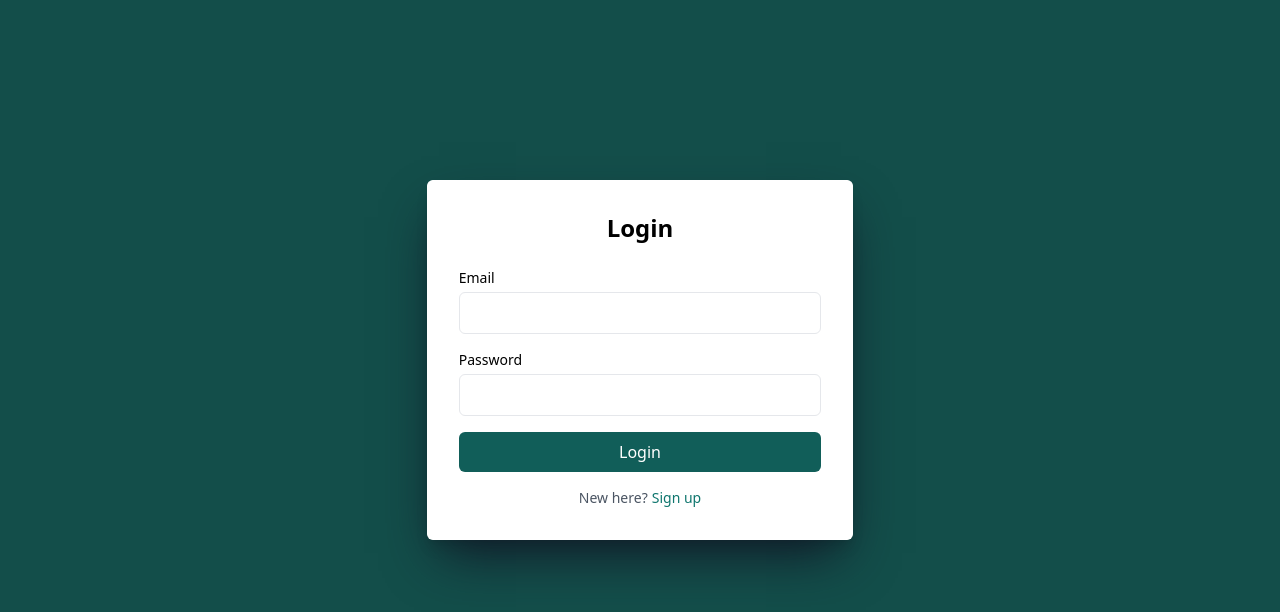
Repository: alizey12/POS-React-website
Page: /
These files come from the project's save history. The page is drawn as it stood at one moment and after the next save; the edit follows.
The browser window is 1280 px wide. The pictures show the whole page.
The project was rebuilt for these pictures with package versions that can differ from the ones it lists, and the page was loaded fresh each time. Also part of the build but not shown: vite.config.js, src/navbar.jsx, src/sidebar.jsx, src/Dashboard.jsx.

Above is the page before, as saved 2024-12-31 15:56:02.

### src/App.jsx
import { BrowserRouter as Router, Routes, Route } from 'react-router-dom';
import LoginPage from "./login"
import Dashboard from './Dashboard';

function App() {
  return (
    <Router>
      <Routes>
        <Route path="/" element={<LoginPage />} />
        <Route path="/dashboard" element={<Dashboard />} />
      </Routes>
    </Router>
  );
}

export default App;

### src/login.jsx
import { useState } from 'react';
import toast, { Toaster } from 'react-hot-toast';
import { useNavigate } from 'react-router-dom';

const SignupLogin = () => {
  const [isLogin, setIsLogin] = useState(true);
  const [formData, setFormData] = useState({
    email: '',
    password: '',
    confirmPassword: '',
    Role:''

  });
  const [errors, setErrors] = useState({});
  const [storedUser, setStoredUser] = useState(null);
  const navigate = useNavigate();

  const toggleForm = () => setIsLogin(!isLogin);

  const handleChange = (e) => {
    const { name, value } = e.target;
    setFormData({ ...formData, [name]: value });
    setErrors({ ...errors, [name]: '' }); // Clear error on change
  };

  const validateForm = () => {
    const newErrors = {};
    if (!formData.email) newErrors.email = 'Please enter email';
    if (!formData.password) newErrors.password = 'Please enter password';
    if (!isLogin && formData.password !== formData.confirmPassword) {
      newErrors.confirmPassword = 'Passwords do not match';
    }
    setErrors(newErrors);
    return Object.keys(newErrors).length === 0;
  };

  const handleSubmit = (e) => {
    e.preventDefault();
    if (!validateForm()) return;

    const { email, password } = formData;

    if (isLogin) {
      if (storedUser && email === storedUser.email && password === storedUser.password) {
        toast.success('Login successful!');
        setTimeout(() => navigate('/dashboard'), 1500);
      } else {
        toast.error('Your email or password is incorrect. Please try again.');
      }
    } else {
      setStoredUser({ email, password });
      toast.success('Signup successful!');
      setTimeout(() => setIsLogin(true), 1500);
    }
  };

  return (
    <div className="flex items-center justify-center min-h-screen bg-teal-900 to-yellow-500">
      <div className=" bg-white md:w-1/3 sm:w-full  shadow-lg rounded-lg">

        <div className="w-full bg-white rounded-md shadow-gray-900 shadow-2xl p-8 justify-center">
          <h2 className="text-2xl font-bold text-center ">
            {isLogin ? 'Login' : 'Sign Up'}
          </h2>
          <form onSubmit={handleSubmit} className="mt-6 space-y-4">
            <div>
              <label className="block text-sm font-medium ">Email</label>
              <input
                type="email"
                name="email"
                value={formData.email}
                onChange={handleChange}
                className="mt-1 block w-full p-2 border rounded-md focus:outline-none focus:ring-blue-500 focus:border-blue-500"
              />
              {errors.email && <p className="text-red-500 text-sm mt-1">{errors.email}</p>}
            </div>
            <div>
              <label className="block text-sm font-medium ">Password</label>
              <input
                type="password"
                name="password"
                value={formData.password}
                onChange={handleChange}
                className="mt-1 block w-full p-2 border rounded-md focus:outline-none focus:ring-blue-500 focus:border-blue-500"
              />
              {errors.password && <p className="text-red-500 text-sm mt-1">{errors.password}</p>}
            </div>
            {!isLogin && (
              <><div>
                <label className="block text-sm font-medium ">Confirm Password</label>
                <input
                  type="password"
                  name="confirmPassword"
                  value={formData.confirmPassword}
                  onChange={handleChange}
                  className="mt-1 block w-full p-2 border rounded-md focus:outline-none focus:ring-blue-500 focus:border-blue-500" />
                {errors.confirmPassword && <p className="text-red-500 text-sm mt-1">{errors.confirmPassword}</p>}
              </div><div>
                  <label className="block text-sm font-medium "> Role</label>
                  <input
                    type="Role"
                    name="Role"
                    value={formData.Role}
                    onChange={handleChange}
                    className="mt-1 block w-full p-2 border rounded-md focus:outline-none focus:ring-blue-500 focus:border-blue-500" />
                  {errors.Role && <p className="text-red-500 text-sm mt-1">{errors.Role}</p>}
                </div></>
            )}
            <button
              type="submit"
              className="w-full bg-teal-800 text-white p-2 rounded-md hover:bg-teal-600 focus:outline-none focus:ring-2 focus:ring-blue-500 focus:ring-offset-2"
            >
              {isLogin ? 'Login' : 'Sign Up'}
            </button>
          </form>
          <p className="text-center text-sm text-gray-600 mt-4">
            {isLogin ? 'New here?' : 'Already have an account?'}
            <button
              type="button"
              onClick={toggleForm}
              className="ml-1 text-teal-700 hover:underline"
            >
              {isLogin ? 'Sign up' : 'Login'}
            </button>
          </p>
        </div>
      </div>
      <Toaster />
    </div>
  );
};

export default SignupLogin;

Loaded but not shown: index.html (common file); src/main.jsx (common file); src/index.css (common file); tailwind.config.js (common file)

After the next save:
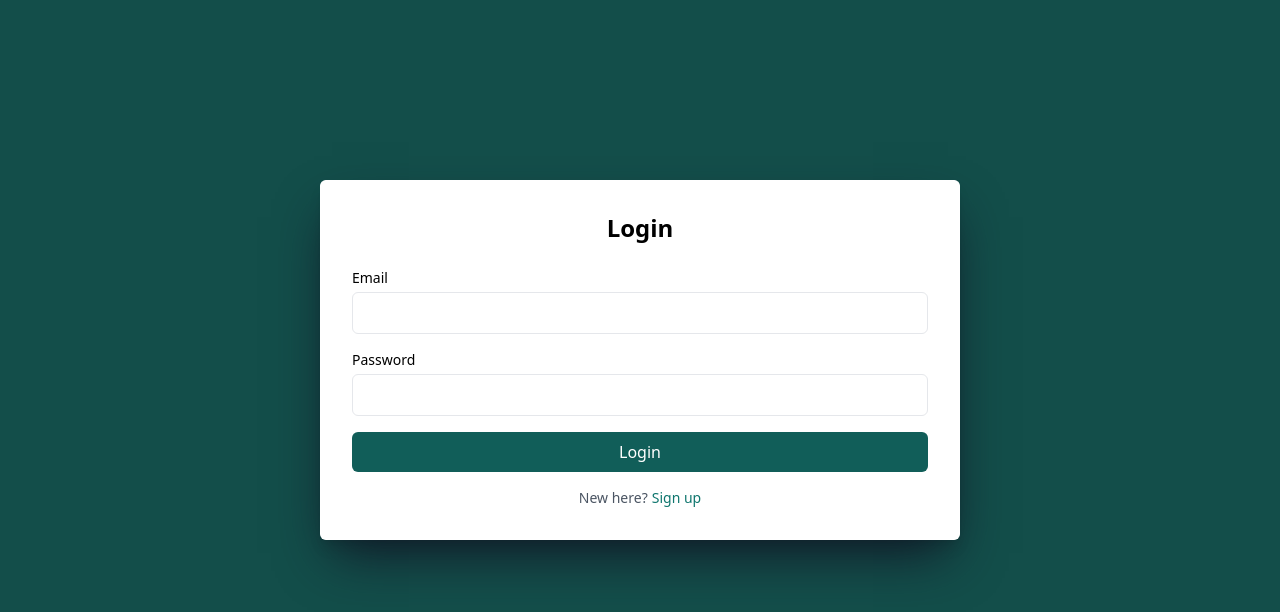
Saved 30 s later.
--- a/src/login.jsx
+++ b/src/login.jsx
@@ -56,7 +56,7 @@ const SignupLogin = () => {
 
   return (
     <div className="flex items-center justify-center min-h-screen bg-teal-900 to-yellow-500">
-      <div className=" bg-white md:w-1/3 sm:w-full  shadow-lg rounded-lg">
+      <div className=" bg-white md:w-1/2 sm:w-full  shadow-lg rounded-lg">
 
         <div className="w-full bg-white rounded-md shadow-gray-900 shadow-2xl p-8 justify-center">
           <h2 className="text-2xl font-bold text-center ">
